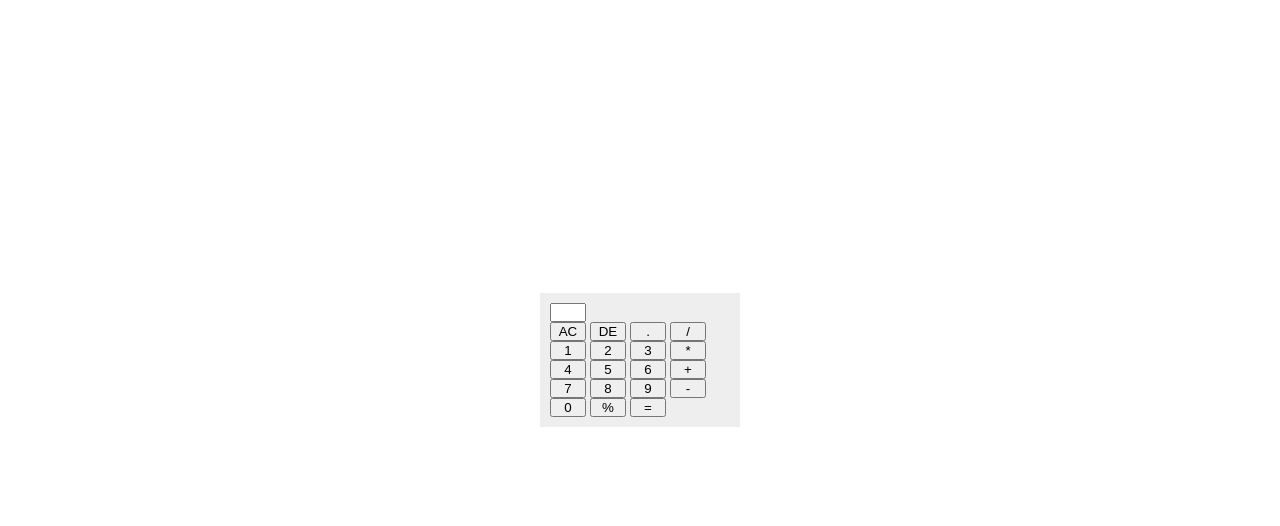
Repository: jerrys-arch/web-calculator
Page: index.html
The author's editor kept a copy of each file at every save. The page is drawn from the files as they stood at one save, then again after a run of saves.
The browser window is 1280 px wide. The pictures show the whole page.

Above is the page before, as saved 2024-11-30 05:01:20.

### index.html
<!DOCTYPE html>
<html lang="en">
<head>
    <meta charset="UTF-8">
    <meta name="viewport" content="width=device-width, initial-scale=1.0">
    <title>calculator</title>
    <link rel="stylesheet" href="styles.css">
</head>
<body>
    <div class="container">
        <div class="calculator">
            <form>
            <div class="display">
                <input id="display" type="text">
            </div>
            <div>
                <input type="button" value="AC">
                <input type="button" value="DE">
                <input type="button" value=".">
                <input type="button" value="/">
            </div>
            <div>
                <input type="button" value="1">
                <input type="button" value="2">
                <input type="button" value="3">
                <input type="button" value="*">
            </div>
            <div>
                <input type="button" value="4">
                <input type="button" value="5">
                <input type="button" value="6">
                <input type="button" value="+">
            </div>
            <div>
                <input type="button" value="7">
                <input type="button" value="8">
                <input type="button" value="9">
                <input type="button" value="-">
            </div>
            <div>
                <input type="button" value="0">
                <input type="button" value="%">
                <input type="button" value="=">
            </div>
        </form>
        </div>
    </div>
</body>
</html>

### styles.css
*{
    margin:0;
    padding:0;
    box-sizing: border-box;
}

.container{
    display:flex;
    align-items: center;
    justify-content: center;
    height:100vh;

}
.calculator{
    padding:10px;
    width:200px;
    background: #eee;
}
.calculator form input{
    width:20%;
    align-items: center;
    padding: 10x;

}

After the next 2 saves:
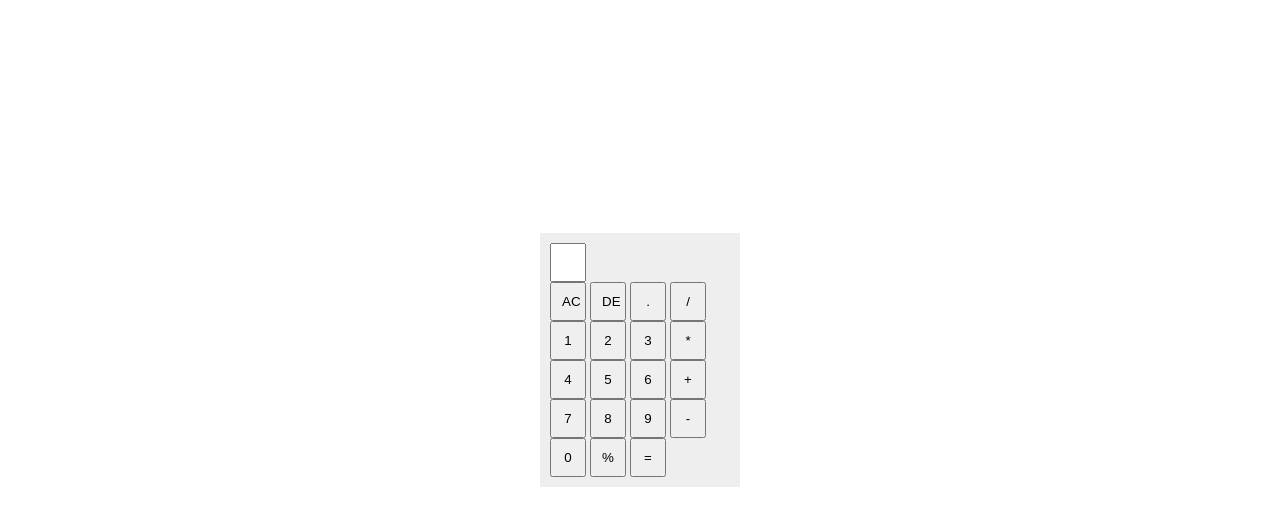
The 2 saves are shown as one change because they came seconds apart.
The last was saved 18 s later.
--- a/styles.css
+++ b/styles.css
@@ -19,6 +19,6 @@
 .calculator form input{
     width:20%;
     align-items: center;
-    padding: 10x;
+    padding: 10px;
 
 }
